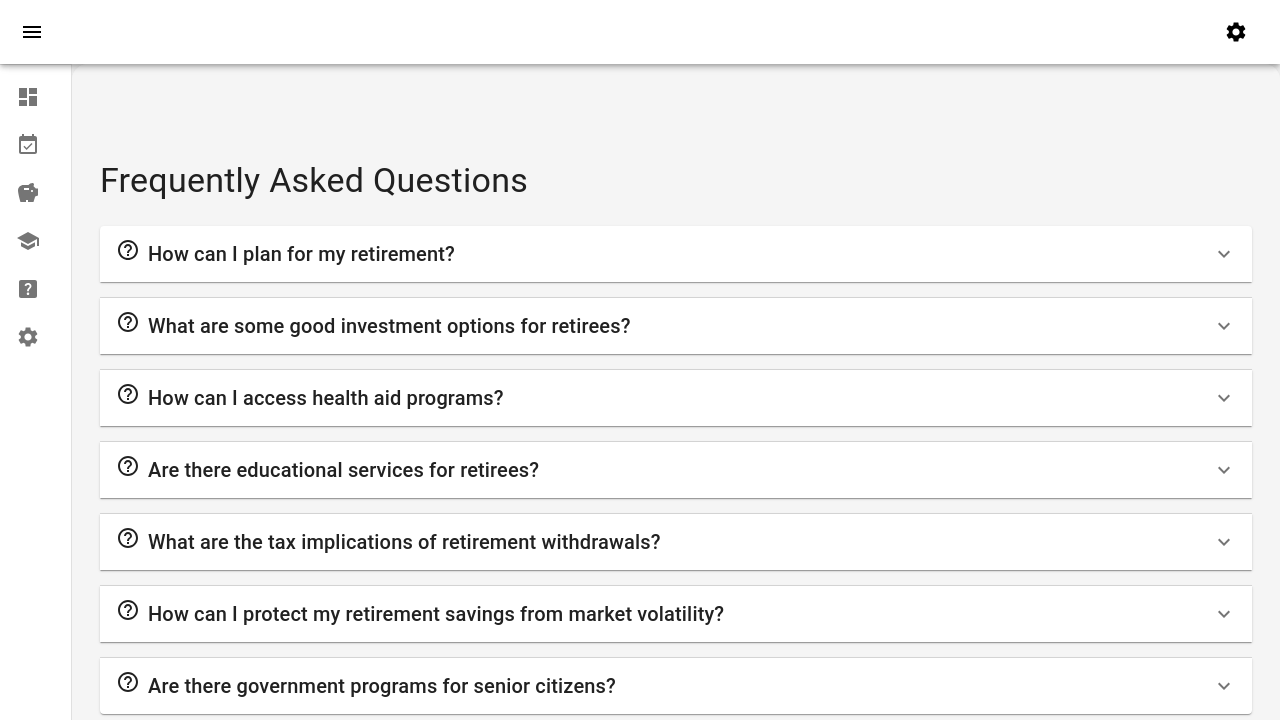
Repository: shubhampirate/Google_Solutions_Edural
Page: /questions
An editor plug-in stored every save of this project. The page is shown before and after the next save, followed by the edit.
The browser window is 1280 px wide. The pictures show the whole page.
An inner scrolling area shows only its first screen. The project was rebuilt for these pictures with package versions that can differ from the ones it lists, and the page was loaded fresh each time. Some packages were replaced by stand-ins written for this rebuild. Also part of the build but not shown: src/Components/CustomButton.jsx, src/Components/Navbar.jsx, src/Components/Footer.jsx, src/Components/CongratsCard.jsx, src/pages/Hero/Hero.jsx, src/pages/Dashboard/Dashboard.jsx, src/pages/Sign_in.jsx, src/pages/Bookings/LicenseCard.jsx and 2 more.

Above is the page before, as saved 2024-02-04 21:08:44.

After the next save:
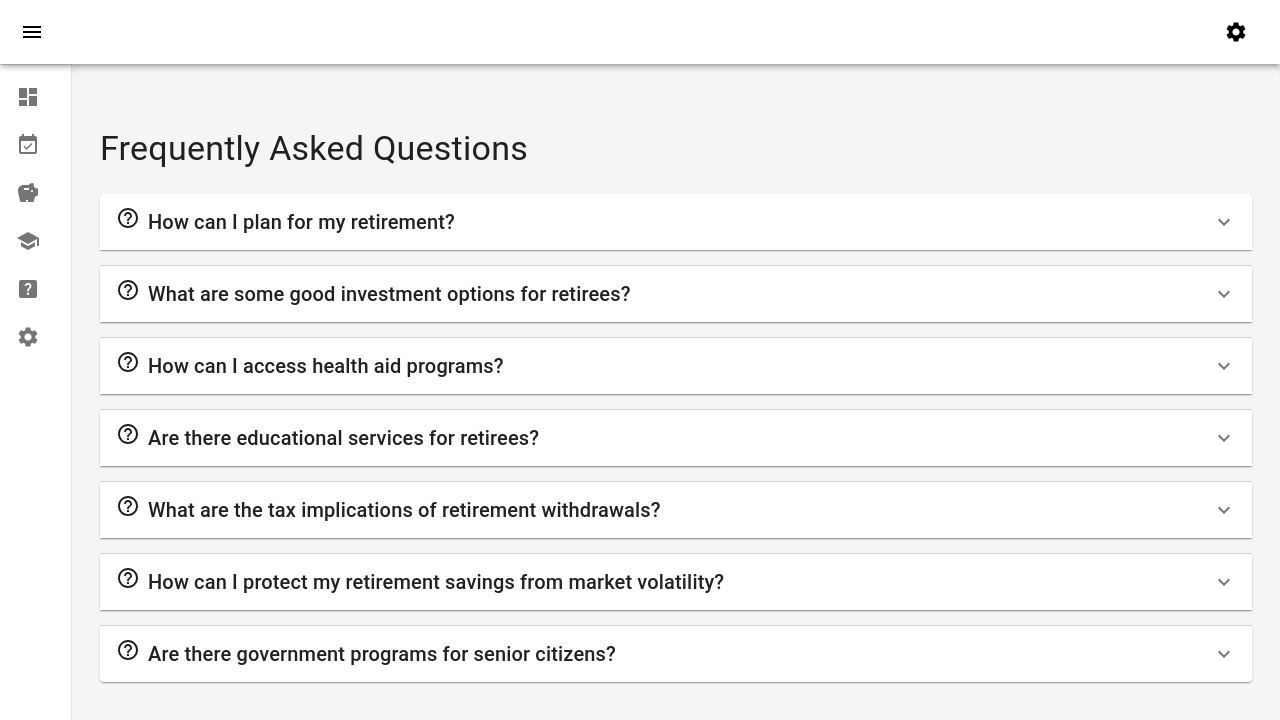
Saved 44 s later.
--- a/src/pages/FAQ/Questions.jsx
+++ b/src/pages/FAQ/Questions.jsx
@@ -76,7 +76,7 @@ export default function Questions() {
 
           }}>
           <Toolbar />
-          <Container sx={{ mt: 4 }}>
+          <Container>
             <Typography variant="h4" sx={{ mb: 3 }}>Frequently Asked Questions</Typography>
             {FAQData.map((faq, index) => (
               <Accordion key={index} sx={{ mb: 2 }}>
